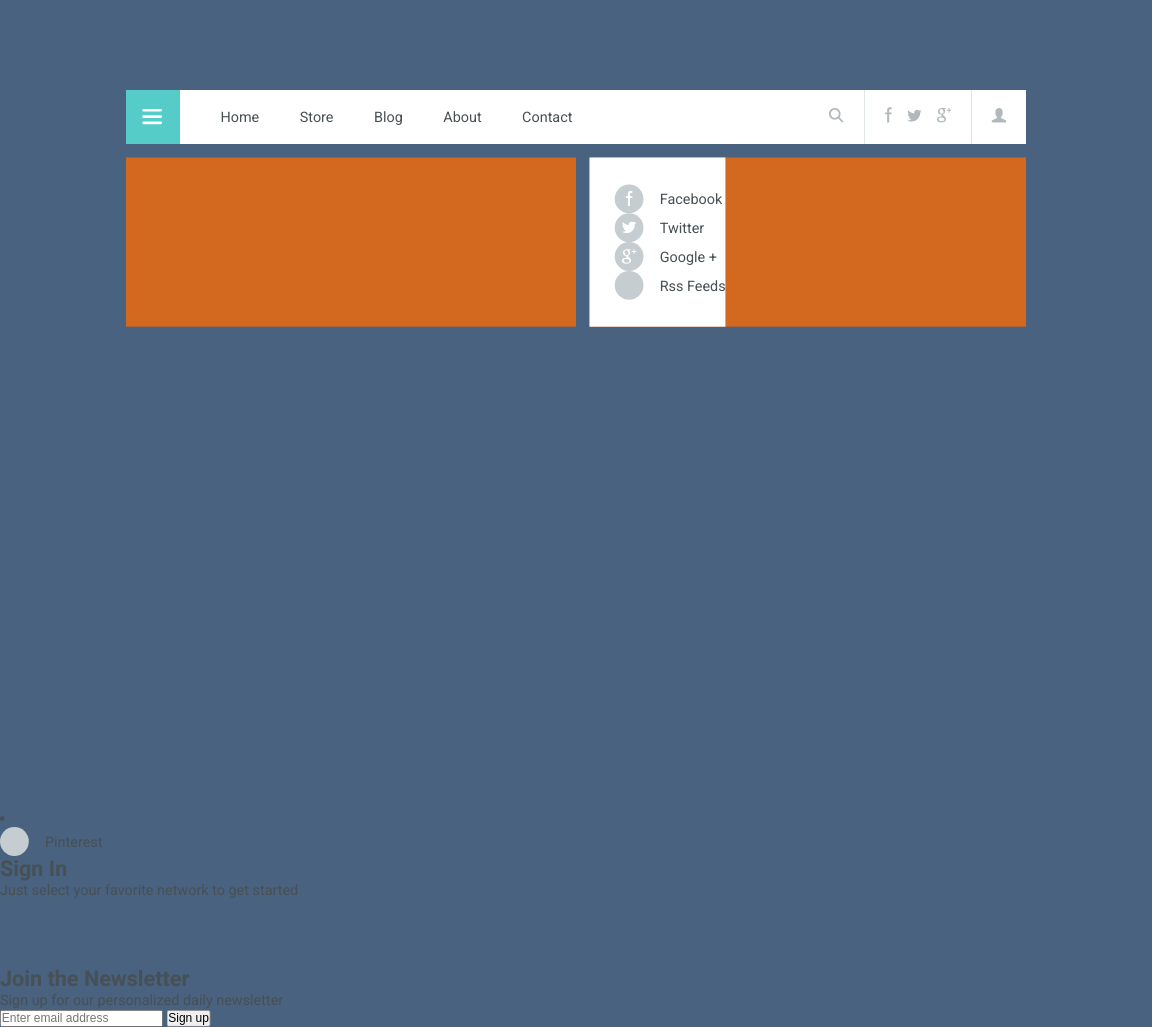
Repository: pawelczubak/WeeklyWebDevChallenge
Page: Challenge_4/index.html
An editor plug-in stored every save of this project. The page is shown before and after the next save, followed by the edit.
The browser window is 1280 px wide. The pictures show the whole page, at 90% of full size.
Some web libraries are served in a nearby version.

Above is the page before, as saved 2020-04-27 20:28:34.

After the next save:
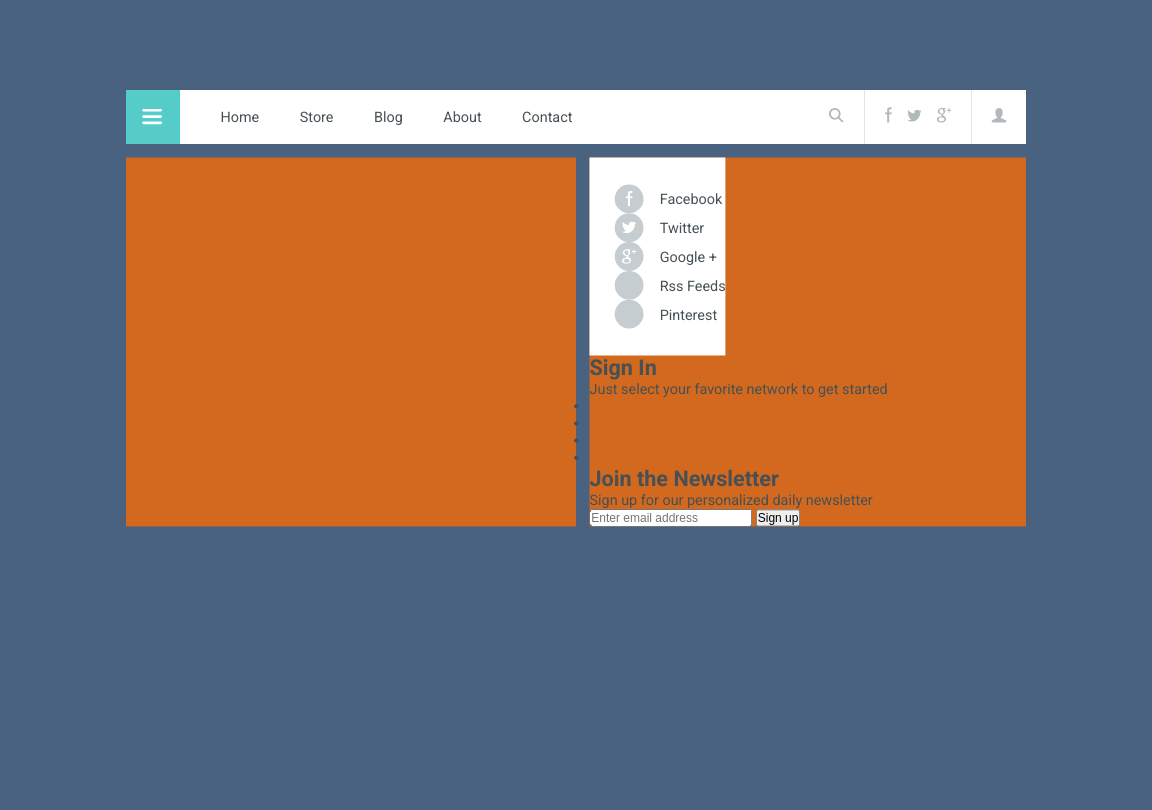
Saved 115 s later.
--- a/Challenge_4/index.html
+++ b/Challenge_4/index.html
@@ -137,46 +137,46 @@
                             <a href="#" class="socials-container__socials-link">
                                 <div class="social-link__icon"></div>
                                 <p>Rss Feeds</p>
-    </div>
-    </a>
-    </li>
-    <li class="socials-container__socials-items">
-        <a href="#" class="socials-container__socials-link">
-            <div class="social-link__icon"></div>
-            <p>Pinterest</p>
-            </div>
-        </a>
-    </li>
-    </ul>
-    <div class="socials-container__follow-items">
-        <div class="socials-container__facebook-widget"></div>
-        <div class="socials-container__twitter-widget"></div>
-    </div>
-    </article>
-    <article class="social-section__sign-in">
-        <h2 class="socials-container__header">Sign In</h2>
-        <p class="sign-in__paragraph">Just select your favorite network to get started</p>
-        <ul class="sign-in__list">
-            <li class="sign-in__item"><a href="#" class="sign-in__link"></a></li>
-            <li class="sign-in__item"><a href="#" class="sign-in__link"></a></li>
-            <li class="sign-in__item"><a href="#" class="sign-in__link"></a></li>
-            <li class="sign-in__item"><a href="#" class="sign-in__link"></a></li>
-        </ul>
-    </article>
-    <article class="social-section__newsletter">
-        <h2 class="socials-container__header">Join the Newsletter</h2>
-        <p class="newsletter__paragraph">Sign up for our personalized daily newsletter</p>
-        <form action="GET" class="newsletter__form">
-            <input placeholder="Enter email address" type="email" name="email" required class="newsletter__input"
-                autocomplete="off" />
-            <button class="newsletter__button" formenctype="multipart/form-data" type="submit">Sign
-                up</button>
-        </form>
-    </article>
-    </section>
-    <!--  -----  SOCIAL SECTION END  -----  -->
-    </main>
-    <!--  -----  MAIN END  -----  -->
+
+                            </a>
+                        </li>
+                        <li class="socials-container__socials-items">
+                            <a href="#" class="socials-container__socials-link">
+                                <div class="social-link__icon"></div>
+                                <p>Pinterest</p>
+
+                            </a>
+                        </li>
+                    </ul>
+                    <div class="socials-container__follow-items">
+                        <div class="socials-container__facebook-widget"></div>
+                        <div class="socials-container__twitter-widget"></div>
+                    </div>
+                </article>
+                <article class="social-section__sign-in">
+                    <h2 class="socials-container__header">Sign In</h2>
+                    <p class="sign-in__paragraph">Just select your favorite network to get started</p>
+                    <ul class="sign-in__list">
+                        <li class="sign-in__item"><a href="#" class="sign-in__link"></a></li>
+                        <li class="sign-in__item"><a href="#" class="sign-in__link"></a></li>
+                        <li class="sign-in__item"><a href="#" class="sign-in__link"></a></li>
+                        <li class="sign-in__item"><a href="#" class="sign-in__link"></a></li>
+                    </ul>
+                </article>
+                <article class="social-section__newsletter">
+                    <h2 class="socials-container__header">Join the Newsletter</h2>
+                    <p class="newsletter__paragraph">Sign up for our personalized daily newsletter</p>
+                    <form action="GET" class="newsletter__form">
+                        <input placeholder="Enter email address" type="email" name="email" required
+                            class="newsletter__input" autocomplete="off" />
+                        <button class="newsletter__button" formenctype="multipart/form-data" type="submit">Sign
+                            up</button>
+                    </form>
+                </article>
+            </section>
+            <!--  -----  SOCIAL SECTION END  -----  -->
+        </main>
+        <!--  -----  MAIN END  -----  -->
 
 
     </div>
